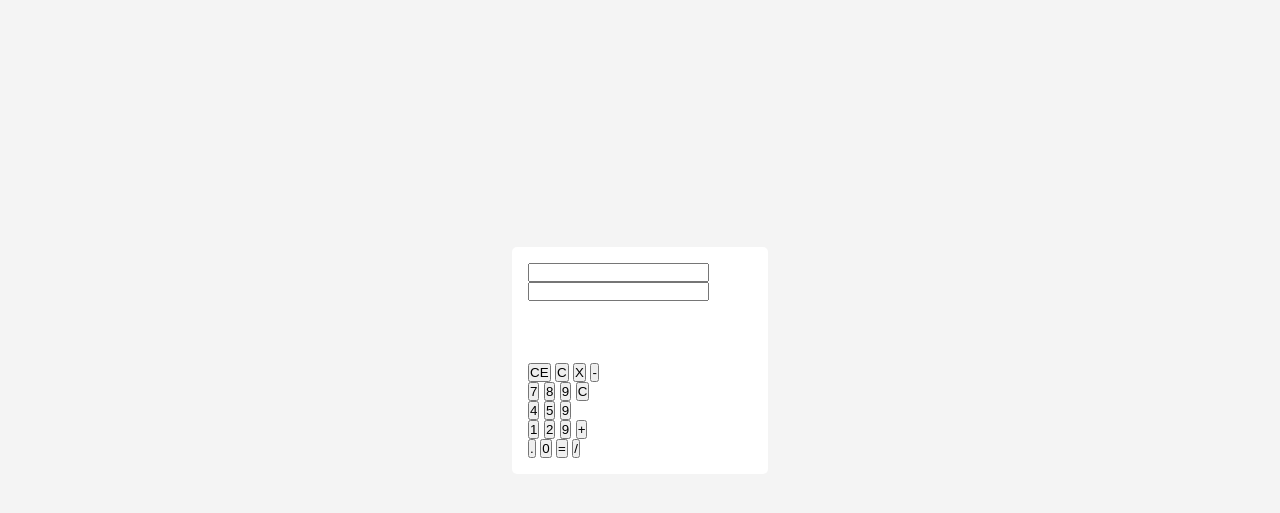
Repository: DNature/calc
Page: index.html
These files come from the project's save history. The page is drawn as it stood at one moment and after the next save; the edit follows.
The browser window is 1280 px wide. The pictures show the whole page.

Above is the page before, as saved 2019-11-20 23:23:59.

### index.html
<!DOCTYPE html>
<html lang="en">
  <head>
    <meta charset="UTF-8" />
    <meta name="viewport" content="width=device-width, initial-scale=1.0" />
    <meta http-equiv="X-UA-Compatible" content="ie=edge" />
    <link rel="stylesheet" href="css/style.css" />
    <title>Calculator</title>
  </head>
  <body>
    <div class="calculator">
      <div class="output">
        <input type="number" id="subField" />
        <input type="number" id="mainField" />
      </div>

      <div class="inputs">
        <div class="row">
          <button id="" class="button">CE</button>
          <button id="" class="button">C</button>
          <button id="" class="button">X</button>
          <button id="" class="button">-</button>
        </div>
        <div class="row">
          <button id="" class="button">7</button>
          <button id="" class="button">8</button>
          <button id="" class="button">9</button>
          <button id="" class="button">C</button>
        </div>
        <div class="row">
          <button id="" class="button">4</button>
          <button id="" class="button">5</button>
          <button id="" class="button">9</button>
        </div>
        <div class="row">
          <button id="" class="button">1</button>
          <button id="" class="button">2</button>
          <button id="" class="button">9</button>
          <button id="" class="button">+</button>
        </div>
        <div class="row">
          <button id="" class="button">.</button>
          <button id="" class="button">0</button>
          <button id="" class="button">=</button>
          <button id="" class="button">/</button>
        </div>
      </div>
    </div>
    <script src="./js/index.js"></script>
  </body>
</html>

### css/style.css
* {
  margin: 0;
  padding: 0;
  box-sizing: border-box;
}

body {
  font-family: Arial, Helvetica, sans-serif;
  background: #f4f4f4;
  height: 100vh;
  width: 100vw;
  display: grid;
  place-content: center;
}

.calculator {
  width: 20vw;
  background: white;
  display: grid;
  place-content: center;
  padding: 1rem;
  border-radius: 5px;
}

.output {
  height: 100px;
  background: white;
}

Loaded but not shown: js/index.js (no stored copy; drawn as an empty file)

After the next save:
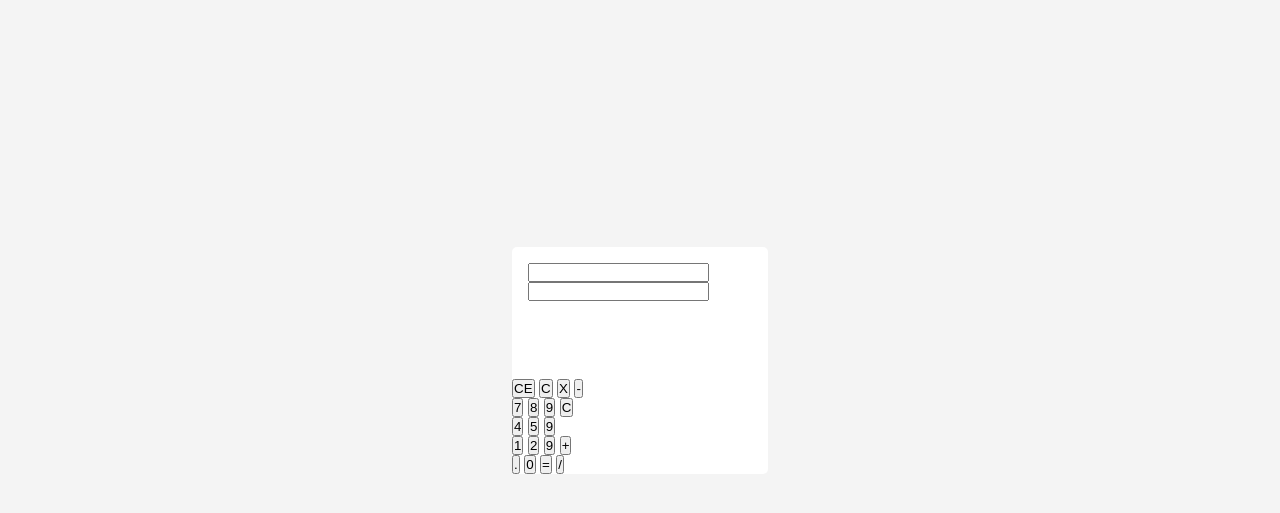
Saved 25 s later.
--- a/css/style.css
+++ b/css/style.css
@@ -18,11 +18,12 @@
   background: white;
   display: grid;
   place-content: center;
-  padding: 1rem;
+
   border-radius: 5px;
 }
 
 .output {
   height: 100px;
+  margin: 1rem;
   background: white;
 }
